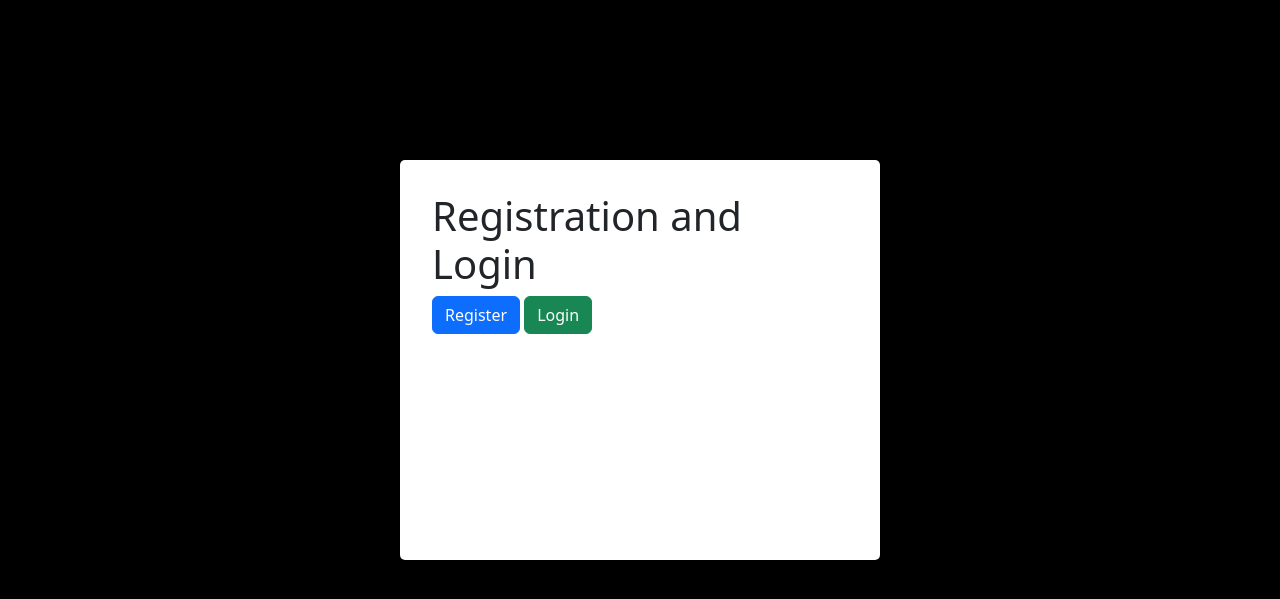
Repository: tran-thien-nhan/quiz_tlln
Page: sign_in_log_in.html
These files come from the project's save history. The page is drawn as it stood at one moment and after the next save; the edit follows.
The browser window is 1280 px wide. The pictures show the whole page.

Above is the page before, as saved 2023-06-27 15:57:08.

After the next save:
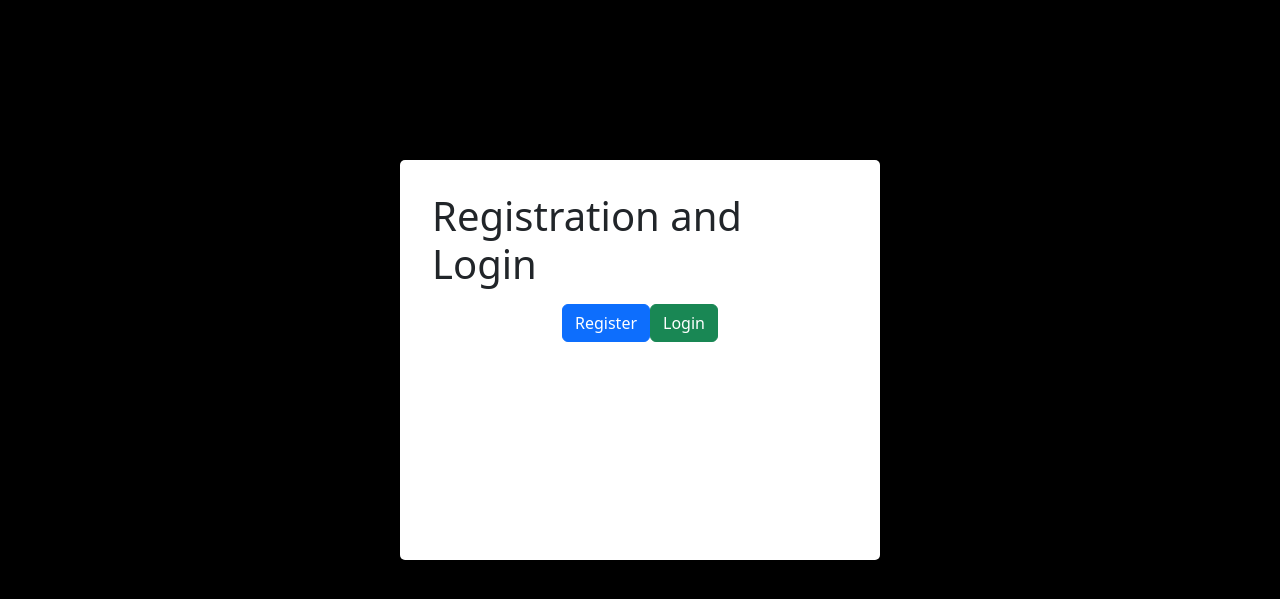
Saved 92 s later.
--- a/sign_in_log_in.html
+++ b/sign_in_log_in.html
@@ -24,6 +24,12 @@
 
     .form-group {
       display: none;
+    }
+
+    #button-group {
+      display: flex;
+      justify-content: center;
+      margin-top: 1rem;
     }
   </style>
   <title>Registration and Login</title>
